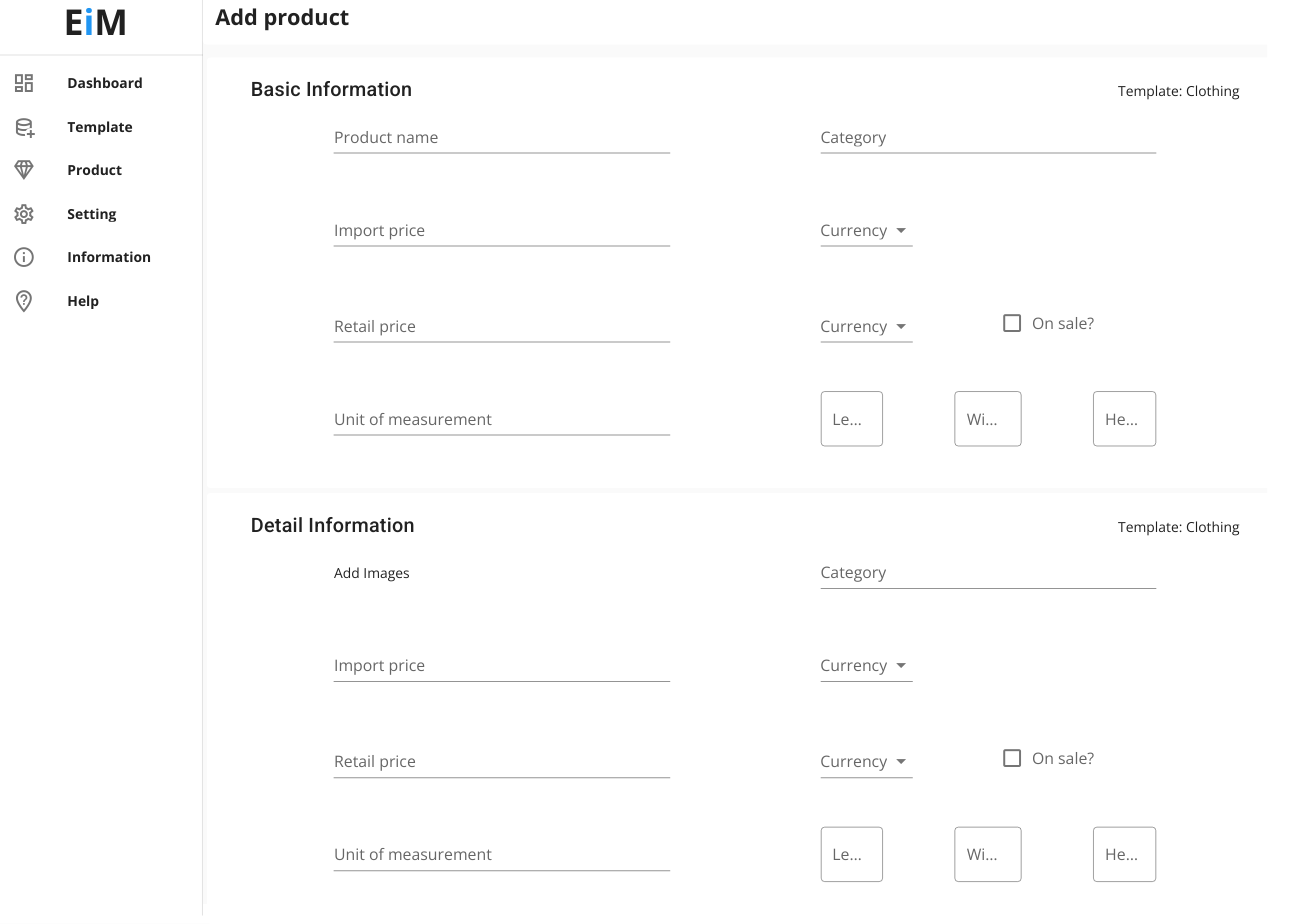
Repository: nguyenphuong152/pim-template
Page: /addproduct
These files come from the project's save history. The page is drawn as it stood at one moment and after the next save; the edit follows.
The browser window is 1280 px wide. The page is 1308 px wide, so the pictures cover 1308 px, including what lies to the right of the window. The pictures show the whole page, at 99% of full size.
The project was rebuilt for these pictures with package versions that can differ from the ones it lists, and the page was loaded fresh each time. Also part of the build but not shown: vue.config.js, src/views/Home.vue, src/components/Outcome_1/SearchTemplate.vue, src/components/Outcome_1/YourTemplate.vue, src/components/Outcome_1/ListComponent.vue, src/components/Outcome_1/AddInfo.vue, src/components/Outcome_1/AddDetail.vue, src/components/Outcome_1/CreateRegion.vue and 5 more.

Above is the page before, as saved 2020-12-21 11:52:54.

### public/index.html
<!DOCTYPE html>
<html lang="en">
  <head>
    <meta charset="utf-8" />
    <meta http-equiv="X-UA-Compatible" content="IE=edge" />
    <meta name="viewport" content="width=device-width,initial-scale=1.0" />
    <link rel="icon" href="<%= BASE_URL %>favicon.ico" />
    <link rel="preconnect" href="https://fonts.gstatic.com" />
    <link rel="preconnect" href="https://fonts.gstatic.com" />
    <link rel="preconnect" href="https://fonts.gstatic.com" />
    <link
      href="https://fonts.googleapis.com/css2?family=Open+Sans:wght@300;400;600;700;800&display=swap"
      rel="stylesheet"
    />
    <link
      href="https://fonts.googleapis.com/css?family=Montserrat:300,400,500,600,700"
      rel="stylesheet"
    />
    <title><%= htmlWebpackPlugin.options.title %></title>
    <link
      rel="stylesheet"
      href="https://fonts.googleapis.com/css?family=Roboto:100,300,400,500,700,900"
    />
    <link
      rel="stylesheet"
      href="https://cdn.jsdelivr.net/npm/@mdi/font@latest/css/materialdesignicons.min.css"
    />
  </head>
  <body>
    <noscript>
      <strong
        >We're sorry but <%= htmlWebpackPlugin.options.title %> doesn't work
        properly without JavaScript enabled. Please enable it to
        continue.</strong
      >
    </noscript>
    <div id="app"></div>
    <!-- built files will be auto injected -->
  </body>
</html>

### src/main.js
import Vue from 'vue'
import App from './App.vue'
import router from './router'
import '../sass/style.scss'
import vuetify from './plugins/vuetify';

Vue.config.productionTip = false

new Vue({
  router,
  vuetify,
  render: h => h(App)
}).$mount('#app')

### src/App.vue
<template>
  <v-app v-bind:style="{ background: activeColor }">
    <v-row>
      <v-col cols="2" class="pa-0">
        <v-navigation-drawer permanent width="220">
          <v-list-item>
            <v-list-item-content>
              <v-list-item-title class="logo">
                E<span class="blue--text">i</span>M
              </v-list-item-title>
            </v-list-item-content>
          </v-list-item>

          <v-divider></v-divider>

          <v-list dense nav class="text-start pl-4">
            <v-list-item
              v-for="item in items"
              :key="item.title"
              :to="item.path"
              color="blue"
            >
              <v-list-item-icon>
                <v-icon>{{ item.icon }}</v-icon>
              </v-list-item-icon>
              <v-list-item-content>
                <v-list-item-title class="template-title font-weight-bold ">{{
                  item.title
                }}</v-list-item-title>
              </v-list-item-content>
            </v-list-item>
          </v-list>
        </v-navigation-drawer>
      </v-col>
      <v-col class="pa-0">
        <router-view />
      </v-col>
    </v-row>
  </v-app>
</template>

<script>
export default {
  name: "App",
  components: {},
  watch: {
    $route(to) {
      document.title = `${to.meta.title}`;
    },
  },
  data() {
    return {
      clicked: false,
      activeColor: "#FAFAFA",
      items: [
        { title: "Dashboard", icon: "mdi-view-dashboard-outline", path: "" },
        {
          title: "Template",
          icon: "mdi-database-plus-outline",
          path: "/template",
        },
        { title: "Product", icon: "mdi-diamond-stone", path: "/product" },
        { title: "Setting", icon: "mdi-cog-outline", path: "" },
        { title: "Information", icon: "mdi-information-outline", path: "" },
        { title: "Help", icon: "mdi-map-marker-question-outline", path: "" },
      ],
      right: null,
    };
  },
};
</script>

### src/router/index.js
import Vue from "vue";
import VueRouter from "vue-router";
import Home from "../views/Home.vue";
import Template from "../views/Outcome_1/CreateProductTemplate.vue";
import Product from "../views/Outcome_2/Outcome_2_screen.vue";
import AddProduct from "../views/Outcome_2/AddProduct.vue";

Vue.use(VueRouter);

const routes = [
  {
    path: "/",
    name: "Home",
    component: Home,
  },
  {
    path: "/template",
    name: "Template",
    component: Template,
    meta: {
      title: "Add Template",
    },
  },
  {
    path: "/product",
    name: "Product",
    component: Product,
    meta: {
      title: "Product",
    },
  },
  {
    path: "/addproduct",
    name: "AddProduct",
    component: AddProduct,
    meta: {
      title: "Add Product",
    },
  },
  {
    path: "/about",
    name: "About",
    // route level code-splitting
    // this generates a separate chunk (about.[hash].js) for this route
    // which is lazy-loaded when the route is visited.
    component: () =>
      import(/* webpackChunkName: "about" */ "../views/About.vue"),
  },
];

const router = new VueRouter({
  mode: "history",
  base: process.env.BASE_URL,
  routes,
});

export default router;

### sass/style.scss
$font-primary: 'Open Sans',
sans-serif;

@import "~vuetify/src/styles/styles.sass";

$fontsize-content: 14px;
$fontsize-title: 24px;
$fontsize-logo:36px;
$fontsize-header:22px;
$fontsize-nav:20px;


#app {
  font-family: $font-primary;
   font-size:$fontsize-content;
  -webkit-font-smoothing: antialiased;
  -moz-osx-font-smoothing: grayscale;
  text-align: center;
  color: #2c3e50;
}

#nav {
  padding: 30px;
}

#nav a {
  font-weight: bold;
  color: #2c3e50;
}

#nav a.router-link-exact-active {
  color: #42b983;
}

.title {
  font: $font-primary !important;
  font-size: $fontsize-nav !important;
}

.logo {
  @extend .title;
  font-weight: 700 !important;
  font-size: $fontsize-logo !important;
}

.text-header {
  font: $font-primary !important;
  font-size: $fontsize-header !important;
  font-weight: 700;
}


.template-title {
  @extend .title;
  font-size: $fontsize-content !important;
}

### src/views/Outcome_2/AddProduct.vue
<template>
  <v-container class="pa-0">
    <v-card class="" flat>
      <v-container class="text-start">
        <v-row class="align-baseline">
          <v-col cols="10">
            <span class="text-header">Add product</span>
          </v-col>
        </v-row>
      </v-container>
    </v-card>
    <br />
    <BasicInfo />
    <br />
    <DetailInfo />
  </v-container>
</template>

<script>
import BasicInfo from "../../components/Outcome_2/BasicInfo";
import DetailInfo from "../../components/Outcome_2/Detail";

export default {
  components: {
    BasicInfo,
    DetailInfo,
  },
};
</script>

### src/components/Outcome_2/BasicInfo.vue
<template>
  <v-container class="text-start ma-1 pa-0">
    <v-card flat>
      <v-row class="d-flex align-baseline px-14 pt-4">
        <span class="title ">Basic Information</span>
        <v-spacer></v-spacer>
        <span>Template: Clothing</span>
      </v-row>
      <v-container class="px-16 py-0">
        <v-row class="d-flex align-baseline pa-0">
          <v-col>
            <v-container class="py-0 px-16">
              <v-text-field
                color="blue darken-2"
                label="Product name"
                hint="Miniskirt-02"
                required
              ></v-text-field>
            </v-container>
          </v-col>
          <v-col>
            <v-container class="py-0 px-16">
              <v-text-field
                color="blue darken-2"
                label="Category"
                hint="Ex: Miniskirt"
                required
              ></v-text-field>
            </v-container>
          </v-col>
        </v-row>
        <v-row class="d-flex align-baseline">
          <v-col cols="6">
            <v-container class="py-0 px-16">
              <v-text-field
                color="blue darken-2"
                label="Import price"
                hint="180,000"
                required
              ></v-text-field>
            </v-container>
          </v-col>
          <v-col cols="3">
            <v-container class="py-0 px-16">
              <v-select :items="items" label="Currency"></v-select>
            </v-container>
          </v-col>
          <v-col> </v-col>
        </v-row>
        <v-row class="d-flex align-baseline">
          <v-col cols="6">
            <v-container class="py-0 px-16">
              <v-text-field
                color="blue darken-2"
                label="Retail price"
                hint="180,000"
                required
              ></v-text-field>
            </v-container>
          </v-col>
          <v-col cols="3">
            <v-container class="py-0 px-16">
              <v-select :items="items" label="Currency"></v-select>
            </v-container>
          </v-col>
          <v-col
            ><v-checkbox label="On sale?" color="red" hide-details></v-checkbox>
          </v-col>
        </v-row>
        <v-row class="d-flex align-baseline">
          <v-col cols="6">
            <v-container class="py-0 px-16">
              <v-text-field
                color="blue darken-2"
                label="Unit of measurement"
                hint="Ex: piece, pair,..."
                required
              ></v-text-field>
            </v-container>
          </v-col>
          <v-col>
            <v-row>
              <v-col>
                <v-container class="py-0 pl-16">
                  <v-text-field
                    label="Length"
                    placeholder="70cm"
                    outlined
                  ></v-text-field>
                </v-container>
              </v-col>
              <v-col>
                <v-container class="py-0 pr-9 pl-9">
                  <v-text-field
                    label="Width"
                    placeholder="50cm"
                    outlined
                  ></v-text-field>
                </v-container>
              </v-col>
              <v-col>
                <v-container class="py-0 pr-16">
                  <v-text-field
                    label="Height"
                    placeholder="10cm"
                    outlined
                  ></v-text-field>
                </v-container>
              </v-col>
            </v-row>
          </v-col>
        </v-row>
      </v-container>
    </v-card>
  </v-container>
</template>

<script>
export default {
  data: () => ({
    items: ["VND", "USD", "EUR"],
  }),
};
</script>

<style></style>

### src/components/Outcome_2/Detail.vue
<template>
  <v-container class="text-start ma-1 pa-0">
    <v-card flat>
      <v-row class="d-flex align-baseline px-14 pt-4">
        <span class="title ">Detail Information</span>
        <v-spacer></v-spacer>
        <span>Template: Clothing</span>
      </v-row>
      <v-container class="px-16 py-0">
        <v-row class="d-flex align-baseline pa-0">
          <v-col>
            <v-container class="py-0 px-16">
              <span>Add Images</span>
            </v-container>
          </v-col>
          <v-col>
            <v-container class="py-0 px-16">
              <v-text-field
                color="blue darken-2"
                label="Category"
                hint="Ex: Miniskirt"
                required
              ></v-text-field>
            </v-container>
          </v-col>
        </v-row>
        <v-row class="d-flex align-baseline">
          <v-col cols="6">
            <v-container class="py-0 px-16">
              <v-text-field
                color="blue darken-2"
                label="Import price"
                hint="180,000"
                required
              ></v-text-field>
            </v-container>
          </v-col>
          <v-col cols="3">
            <v-container class="py-0 px-16">
              <v-select :items="items" label="Currency"></v-select>
            </v-container>
          </v-col>
          <v-col> </v-col>
        </v-row>
        <v-row class="d-flex align-baseline">
          <v-col cols="6">
            <v-container class="py-0 px-16">
              <v-text-field
                color="blue darken-2"
                label="Retail price"
                hint="180,000"
                required
              ></v-text-field>
            </v-container>
          </v-col>
          <v-col cols="3">
            <v-container class="py-0 px-16">
              <v-select :items="items" label="Currency"></v-select>
            </v-container>
          </v-col>
          <v-col
            ><v-checkbox label="On sale?" color="red" hide-details></v-checkbox>
          </v-col>
        </v-row>
        <v-row class="d-flex align-baseline">
          <v-col cols="6">
            <v-container class="py-0 px-16">
              <v-text-field
                color="blue darken-2"
                label="Unit of measurement"
                hint="Ex: piece, pair,..."
                required
              ></v-text-field>
            </v-container>
          </v-col>
          <v-col>
            <v-row>
              <v-col>
                <v-container class="py-0 pl-16">
                  <v-text-field
                    label="Length"
                    placeholder="70cm"
                    outlined
                  ></v-text-field>
                </v-container>
              </v-col>
              <v-col>
                <v-container class="py-0 pr-9 pl-9">
                  <v-text-field
                    label="Width"
                    placeholder="50cm"
                    outlined
                  ></v-text-field>
                </v-container>
              </v-col>
              <v-col>
                <v-container class="py-0 pr-16">
                  <v-text-field
                    label="Height"
                    placeholder="10cm"
                    outlined
                  ></v-text-field>
                </v-container>
              </v-col>
            </v-row>
          </v-col>
        </v-row>
      </v-container>
    </v-card>
  </v-container>
</template>

<script>
export default {};
</script>

<style></style>

Loaded but not shown: src/plugins/vuetify.js (common file)

After the next save:
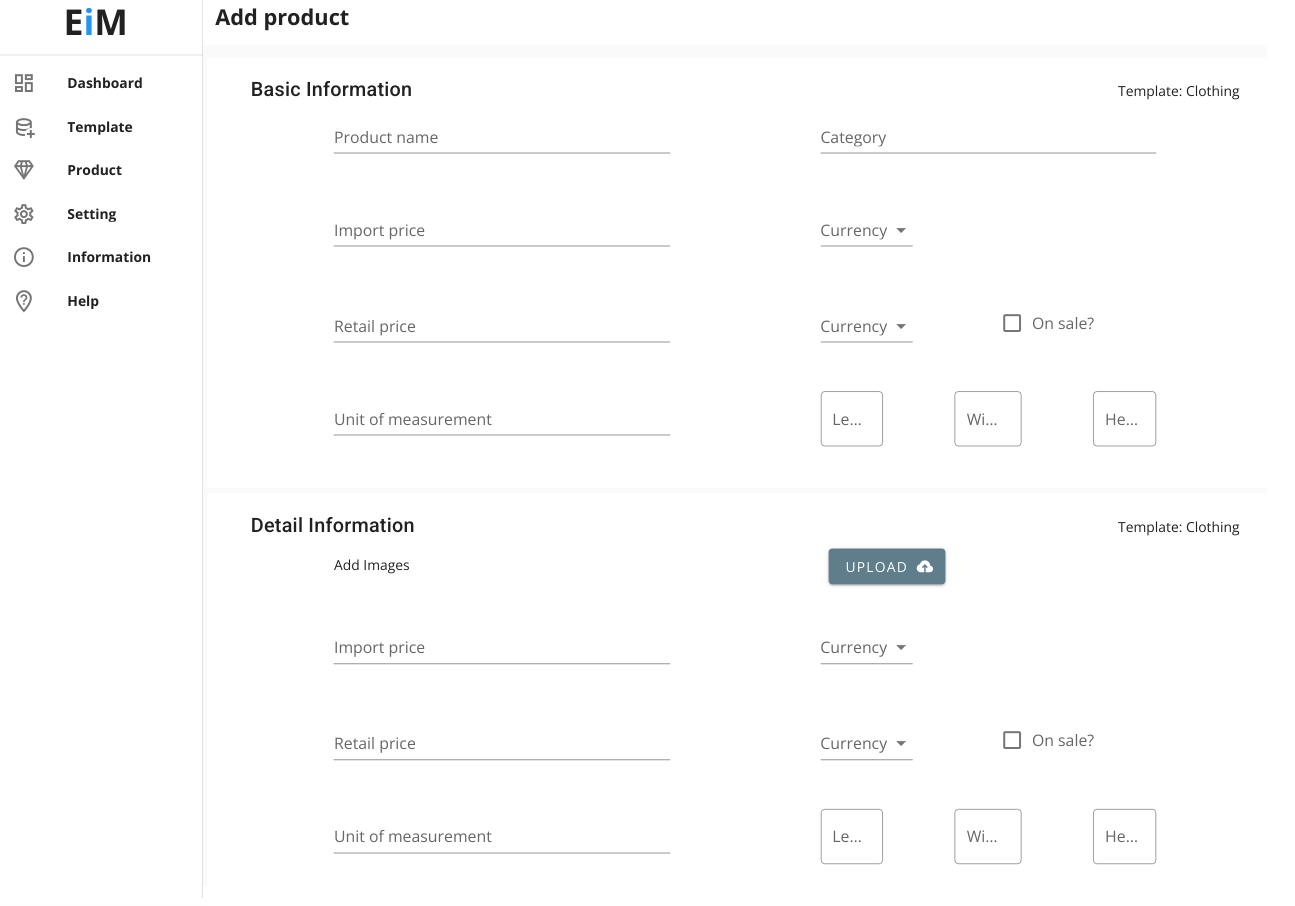
Saved 57 s later.
--- a/src/components/Outcome_2/Detail.vue
+++ b/src/components/Outcome_2/Detail.vue
@@ -15,12 +15,12 @@
           </v-col>
           <v-col>
             <v-container class="py-0 px-16">
-              <v-text-field
-                color="blue darken-2"
-                label="Category"
-                hint="Ex: Miniskirt"
-                required
-              ></v-text-field>
+              <v-btn color="blue-grey" class="ma-2 white--text">
+                Upload
+                <v-icon right dark>
+                  mdi-cloud-upload
+                </v-icon>
+              </v-btn>
             </v-container>
           </v-col>
         </v-row>
